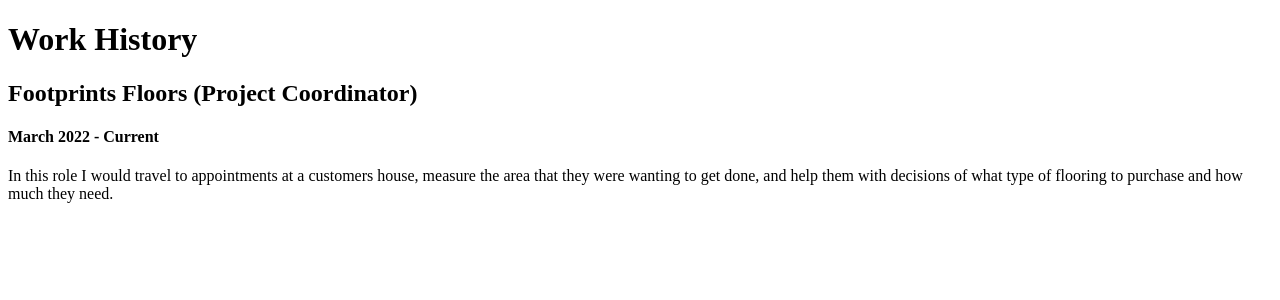
Repository: TEazy2433/LAB-HTML-Resume
Page: index.html
An editor plug-in stored every save of this project. The page is shown before and after the next save, followed by the edit.
The browser window is 1280 px wide. The pictures show the whole page.

Above is the page before, as saved 2023-10-11 18:36:34.

After the next save:
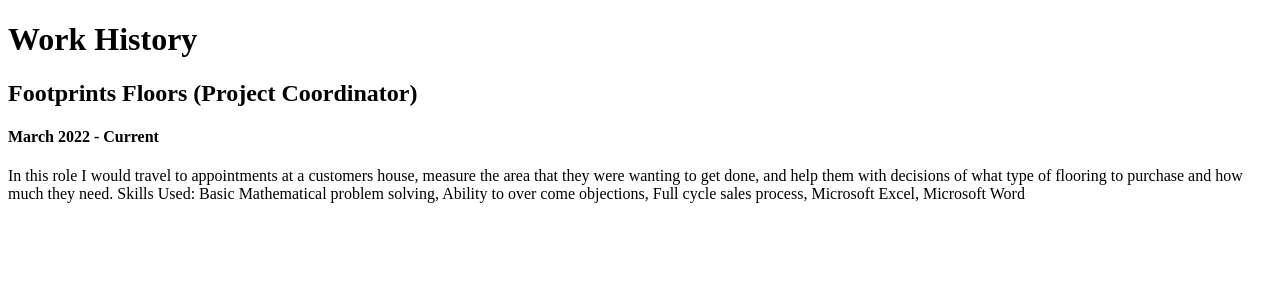
Saved 2 min 45 s later.
--- a/index.html
+++ b/index.html
@@ -12,7 +12,10 @@
     <h2>Footprints Floors (Project Coordinator)</h2>
     <h4>March 2022 - Current</h4>
     <section></section>
-      <p>In this role I would travel to appointments at a customers house, measure the area that they were wanting to get done, and help them with decisions of what type of flooring to purchase and how much they need. </p>
+      <p>In this role I would travel to appointments at a customers house, measure the area that they were wanting to get done, and help them with decisions of what type of flooring to purchase and how much they need.
+
+        Skills Used: Basic Mathematical problem solving, Ability to over come objections, Full cycle sales process, Microsoft Excel, Microsoft Word
+      </p>
 
   </article>
   <script src="main.js"></script>

After the save that followed:
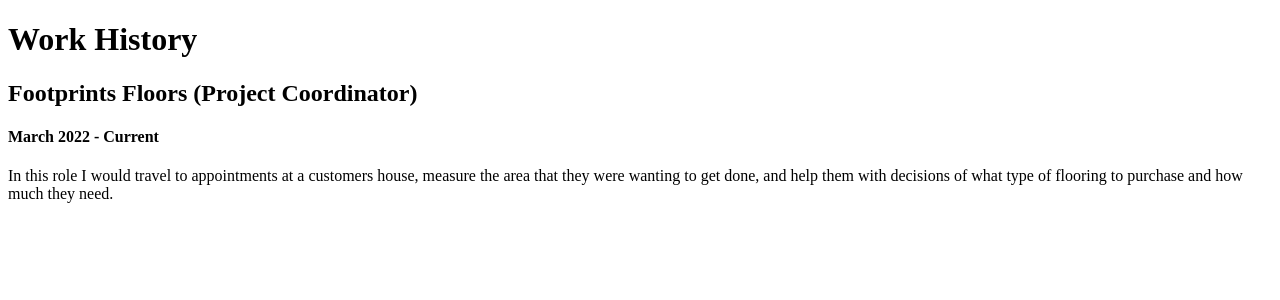
Saved 27 s later.
--- a/index.html
+++ b/index.html
@@ -12,10 +12,7 @@
     <h2>Footprints Floors (Project Coordinator)</h2>
     <h4>March 2022 - Current</h4>
     <section></section>
-      <p>In this role I would travel to appointments at a customers house, measure the area that they were wanting to get done, and help them with decisions of what type of flooring to purchase and how much they need.
-
-        Skills Used: Basic Mathematical problem solving, Ability to over come objections, Full cycle sales process, Microsoft Excel, Microsoft Word
-      </p>
+      <p>In this role I would travel to appointments at a customers house, measure the area that they were wanting to get done, and help them with decisions of what type of flooring to purchase and how much they need.</p>
 
   </article>
   <script src="main.js"></script>
